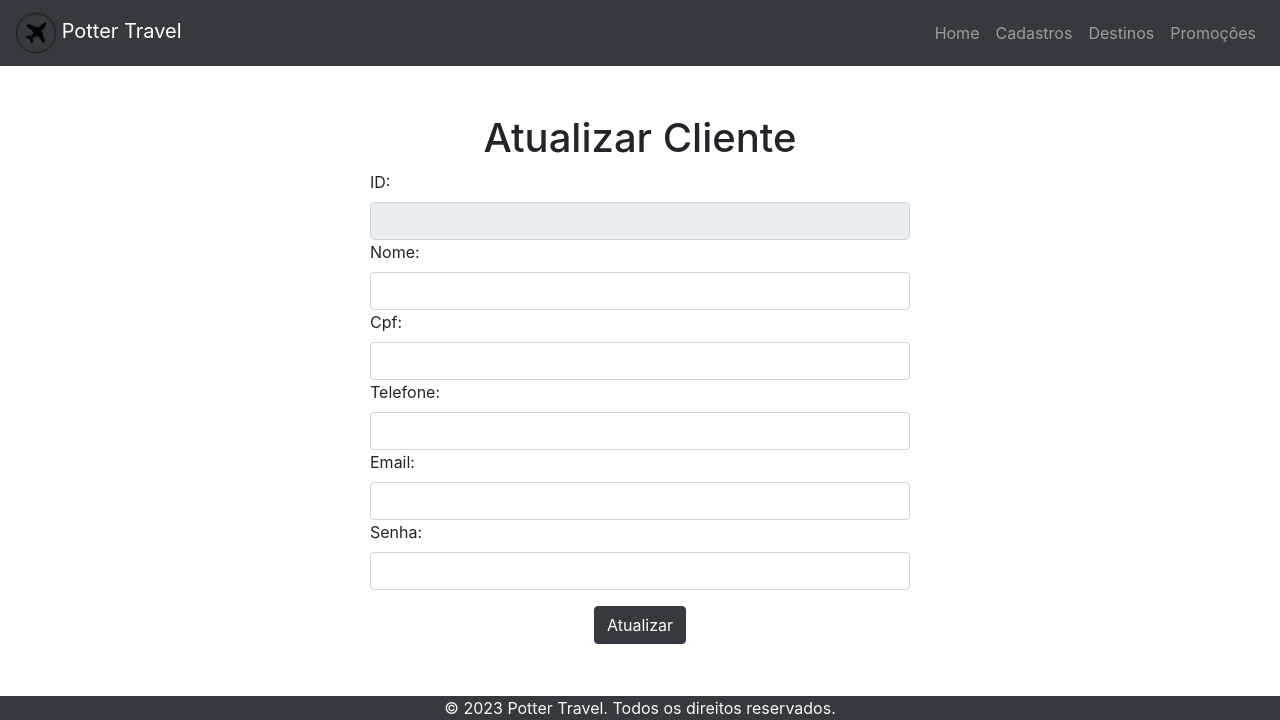
Repository: marcelledssantos/PotterTravel-MVC
Page: http://localhost/PotterTravel-MVC/atualizar.jsp
These files come from the project's save history. The page is drawn as it stood at one moment and after the next save; the edit follows.
The browser window is 1280 px wide. The pictures show the whole page.
Some web libraries are served in a nearby version. The page is served by Tomcat 9. The template is opened directly, without the code that normally fills it, so the values that code supplies are empty.

Above is the page before, as saved 2023-11-03 00:51:21.

After the next save:
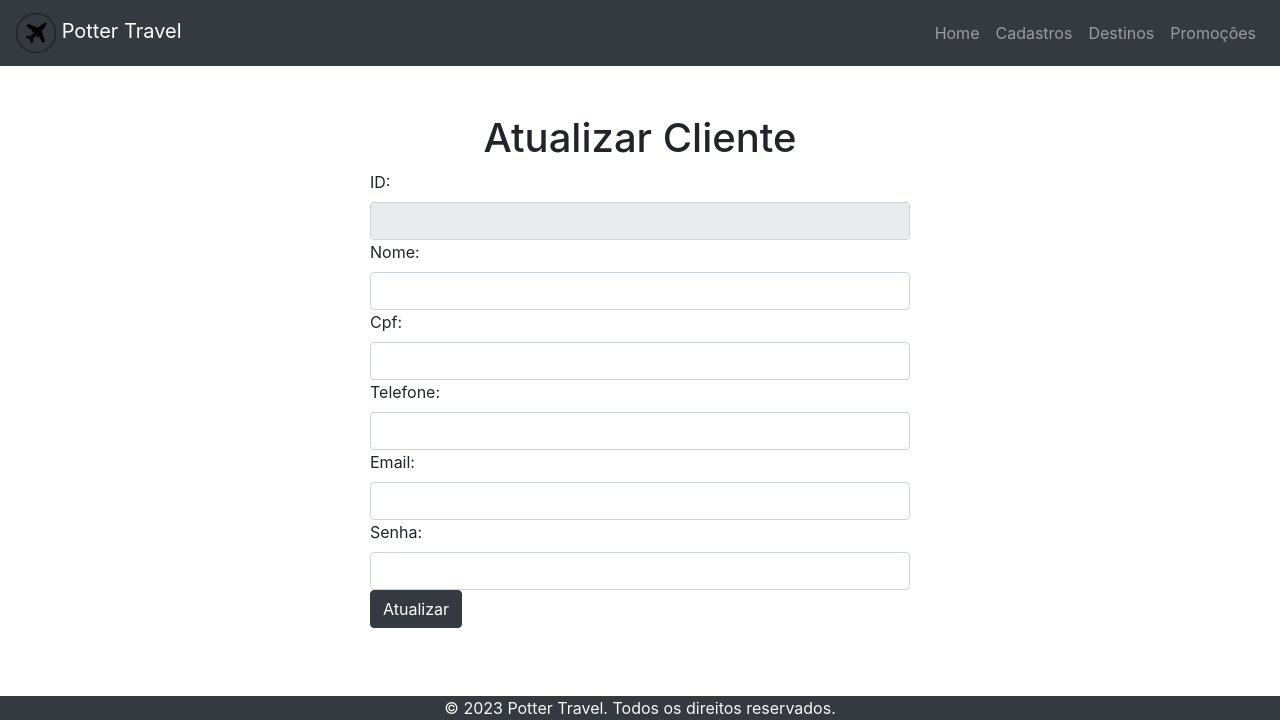
Saved 30 s later.
--- a/PotterTravel-MVC/src/main/webapp/atualizar.jsp
+++ b/PotterTravel-MVC/src/main/webapp/atualizar.jsp
@@ -58,11 +58,11 @@
 							required>
 
 						<label for="senha">Senha:</label> <input type="password" class="form-control" id="senha" name="senha"required>
-
+							<button type="submit" class="btn btn-dark mx auto">Atualizar</button>
 					</div>
 
 					<div class="col-12 text-center">
-						<button type="submit" class="btn btn-dark mx auto">Atualizar</button>
+
 					</div>
 
 				</form>
